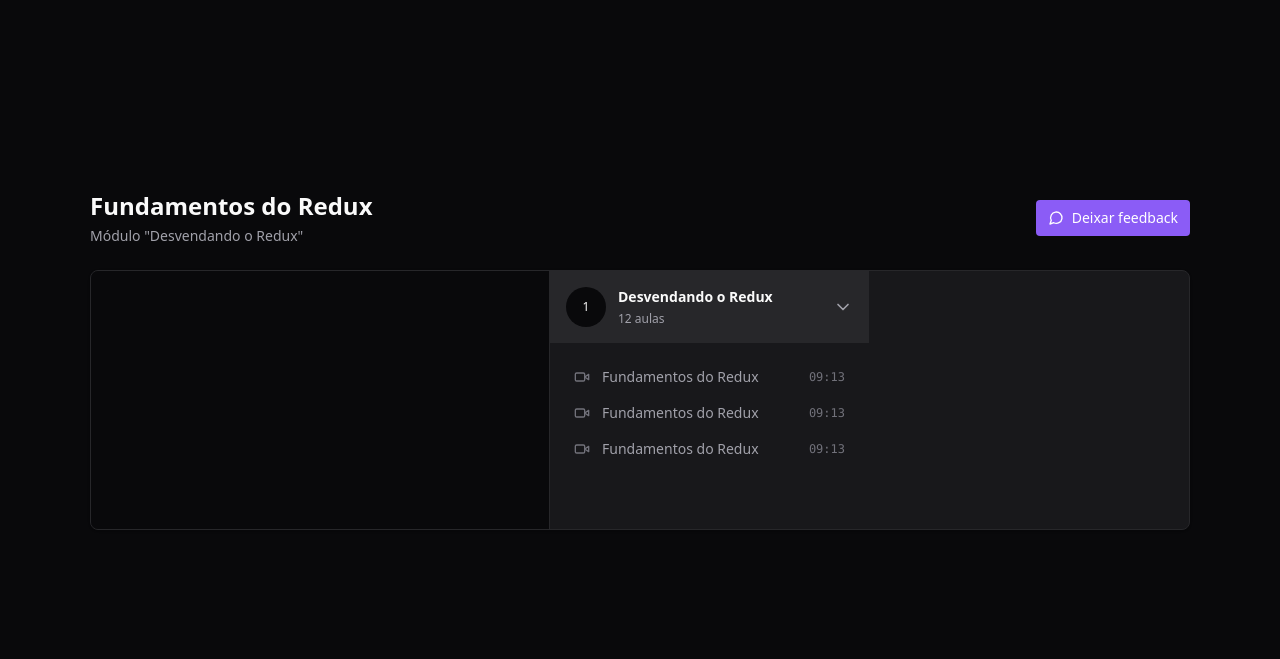
Repository: guilhermecardoso93/react-redux-zustand
Page: /
The author's editor kept a copy of each file at every save. The page is drawn from the files as they stood at one save, then again after the next save.
The browser window is 1280 px wide. The pictures show the whole page.
The project was rebuilt for these pictures with package versions that can differ from the ones it lists, and the page was loaded fresh each time. Also part of the build but not shown: vite.config.ts.

Above is the page before, as saved 2023-06-28 20:13:01.

After the next save:
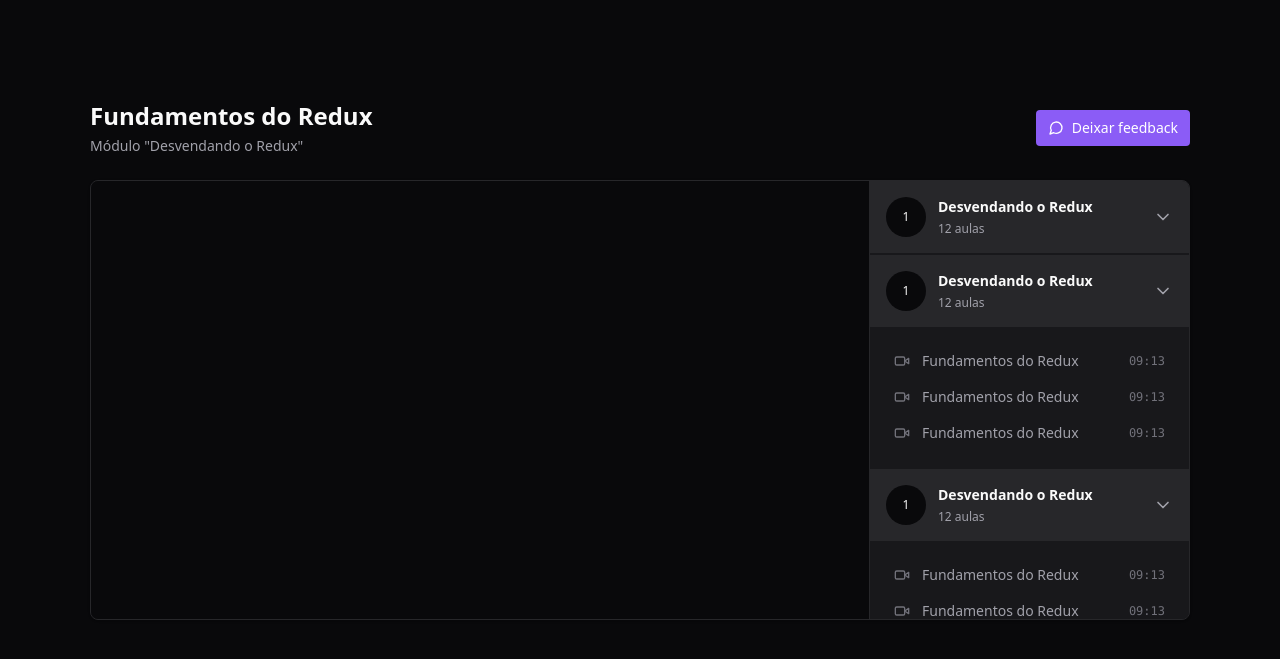
Saved 115 s later.
--- a/src/pages/Player.tsx
+++ b/src/pages/Player.tsx
@@ -9,9 +9,7 @@
           {/* Header */}
           <div className="flex flex-col gap-1">
             <h1 className="text-2xl font-bold">Fundamentos do Redux</h1>
-            <span className="text-sm text-zinc-400">
-              Módulo "Desvendando o Redux"
-            </span>
+            <span className="text-sm text-zinc-400">Módulo "Desvendando o Redux"</span>
           </div>
 
           <button className="flex items-center gap-2 rounded bg-violet-500 px-3 py-2 text-sm font-medium text-white hover:bg-violet-600">
@@ -31,7 +29,22 @@
               />
             </div>
           </div>
-          <aside className="w-80 border-l border-zinc-800 bg-zinc-900">
+          <aside className="w-80 absolute top-0 bottom-0 right-0 border-l divide-y-2 divide-zinc-900 border-zinc-800 bg-zinc-900 overflow-y-scroll scrollbar scrollbar-thin scrollbar-track-zinc-950 scrollbar-thumb-zinc-800">
+            <div>
+              <button className="flex w-full items-center gap-3 bg-zinc-800 p-4">
+                <div className="flex h-10 w-10 rounded-full items-center justify-center bg-zinc-950 text-xs">
+                  1
+                </div>
+
+                <div className="flex flex-col gap-1 text-left">
+                  <strong className="text-sm">Desvendando o Redux</strong>
+                  <span className="text-xs text-zinc-400">12 aulas</span>
+                </div>
+
+                <ChevronDown className="w-5 h-5 ml-auto text-zinc-400" />
+              </button>
+            </div>
+
             <div>
               <button className="flex w-full items-center gap-3 bg-zinc-800 p-4">
                 <div className="flex h-10 w-10 rounded-full items-center justify-center bg-zinc-950 text-xs">
@@ -50,25 +63,54 @@
                 <button className="flex items-center gap-3 text-sm text-zinc-400">
                   <Video className="w-4 h-4 text-zinc-500" />
                   <span>Fundamentos do Redux</span>
-                  <span className="ml-auto font-mono text-xs text-zinc-500">
-                    09:13
-                  </span>
+                  <span className="ml-auto font-mono text-xs text-zinc-500">09:13</span>
                 </button>
 
                 <button className="flex items-center gap-3 text-sm text-zinc-400">
                   <Video className="w-4 h-4 text-zinc-500" />
                   <span>Fundamentos do Redux</span>
-                  <span className="ml-auto font-mono text-xs text-zinc-500">
-                    09:13
-                  </span>
+                  <span className="ml-auto font-mono text-xs text-zinc-500">09:13</span>
                 </button>
 
                 <button className="flex items-center gap-3 text-sm text-zinc-400">
                   <Video className="w-4 h-4 text-zinc-500" />
                   <span>Fundamentos do Redux</span>
-                  <span className="ml-auto font-mono text-xs text-zinc-500">
-                    09:13
-                  </span>
+                  <span className="ml-auto font-mono text-xs text-zinc-500">09:13</span>
+                </button>
+              </nav>
+            </div>
+
+            <div>
+              <button className="flex w-full items-center gap-3 bg-zinc-800 p-4">
+                <div className="flex h-10 w-10 rounded-full items-center justify-center bg-zinc-950 text-xs">
+                  1
+                </div>
+
+                <div className="flex flex-col gap-1 text-left">
+                  <strong className="text-sm">Desvendando o Redux</strong>
+                  <span className="text-xs text-zinc-400">12 aulas</span>
+                </div>
+
+                <ChevronDown className="w-5 h-5 ml-auto text-zinc-400" />
+              </button>
+
+              <nav className="relative flex flex-col gap-4 p-6">
+                <button className="flex items-center gap-3 text-sm text-zinc-400">
+                  <Video className="w-4 h-4 text-zinc-500" />
+                  <span>Fundamentos do Redux</span>
+                  <span className="ml-auto font-mono text-xs text-zinc-500">09:13</span>
+                </button>
+
+                <button className="flex items-center gap-3 text-sm text-zinc-400">
+                  <Video className="w-4 h-4 text-zinc-500" />
+                  <span>Fundamentos do Redux</span>
+                  <span className="ml-auto font-mono text-xs text-zinc-500">09:13</span>
+                </button>
+
+                <button className="flex items-center gap-3 text-sm text-zinc-400">
+                  <Video className="w-4 h-4 text-zinc-500" />
+                  <span>Fundamentos do Redux</span>
+                  <span className="ml-auto font-mono text-xs text-zinc-500">09:13</span>
                 </button>
               </nav>
             </div>
